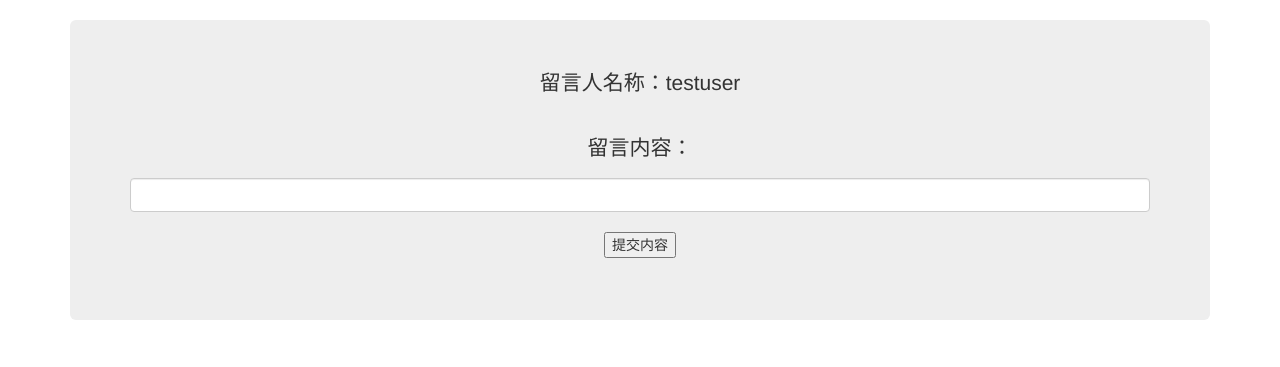
Repository: suxiaohutot/PHP
Page: http://localhost/liuyanhtml.php
The author's editor kept a copy of each file at every save. The page is drawn from the files as they stood at one save, then again after the next save.
The browser window is 1280 px wide. The pictures show the whole page.
The page is run by PHP 8.4 with error messages shown; the project is at /var/www/html/. The session is filled in as if someone had signed in: {"username": "testuser", "id": 1}.

Above is the page before, as saved 2019-11-01 08:45:45.

After the next save:
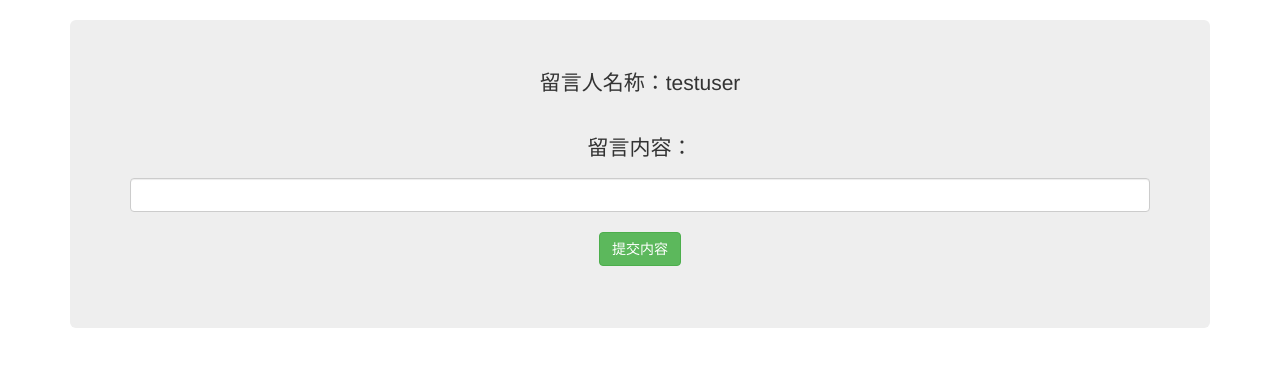
Saved 49 s later.
--- a/test/liuyanhtml.php
+++ b/test/liuyanhtml.php
@@ -17,7 +17,7 @@ session_start();
         	<p>留言人名称：<?php echo $_SESSION['username'] ?></p> <br>
     		<p>留言内容：</p>
     		<input type="text" name="cont" class="form-control"><br>
-            <input type="submit" name="tijiao" value="提交内容">
+            <input type="submit" name="tijiao" value="提交内容" class="btn btn-success">
             <br>
         </form>
    </div>
